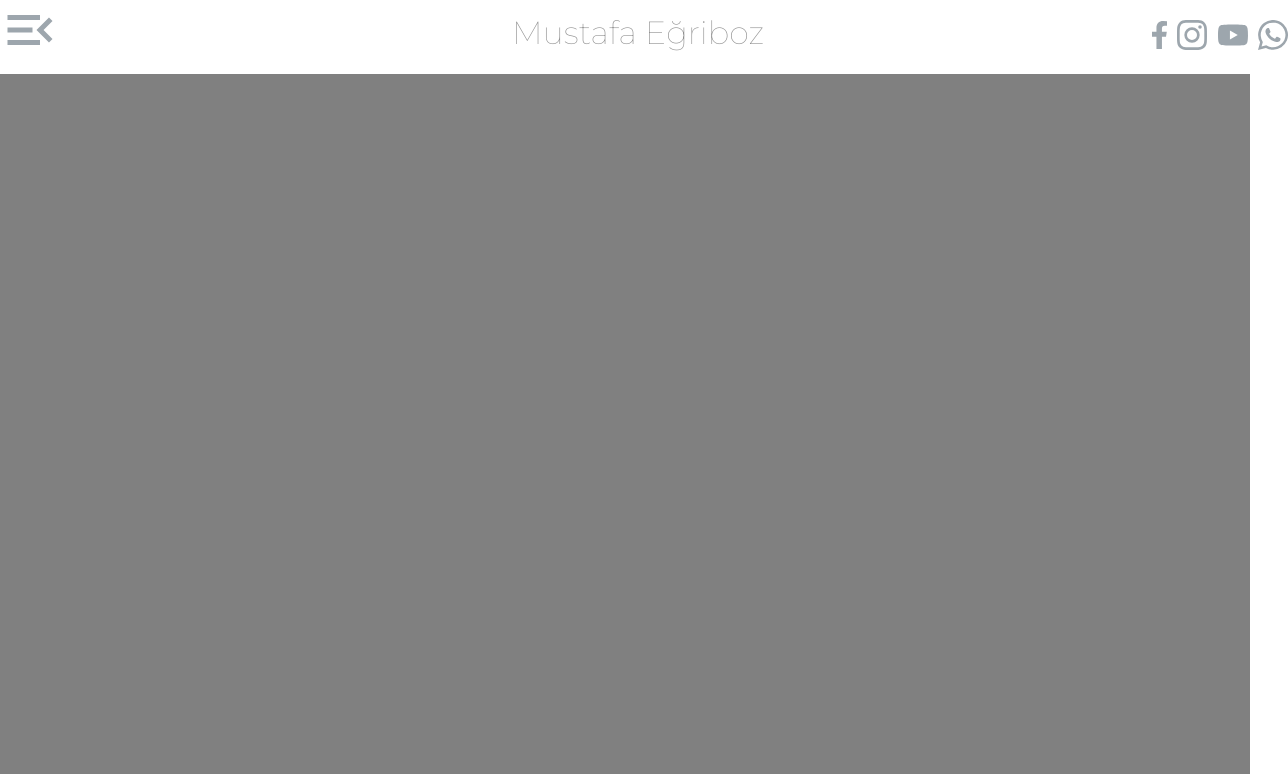
Repository: CengoCengo/m.e-gallery-web-site
Page: index.html
An editor plug-in stored every save of this project. The page is shown before and after the next save, followed by the edit.
The browser window is 1280 px wide. The page is 1288 px wide, so the pictures cover 1288 px, including what lies to the right of the window. The pictures show the whole page.

Above is the page before, as saved 2021-02-06 18:24:57.
Console error: TypeError: Cannot read properties of null (reading 'style')

After the next save:
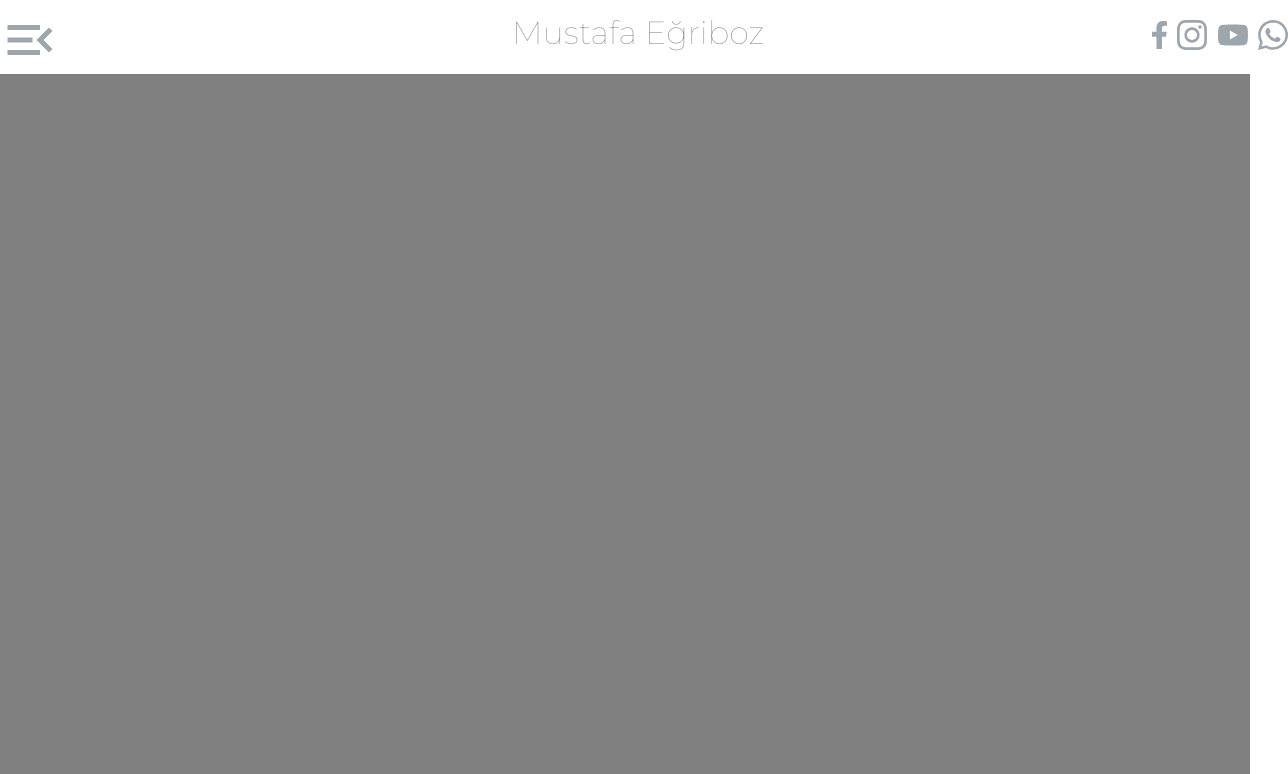
Saved 13 s later.
--- a/styles/style.css
+++ b/styles/style.css
@@ -20,8 +20,7 @@
 #icon-menu{
     display: inline-block;
     width: 60px;
-
-    margin-bottom: 10px;
+    margin-bottom:
 
 
 

After the save that followed:
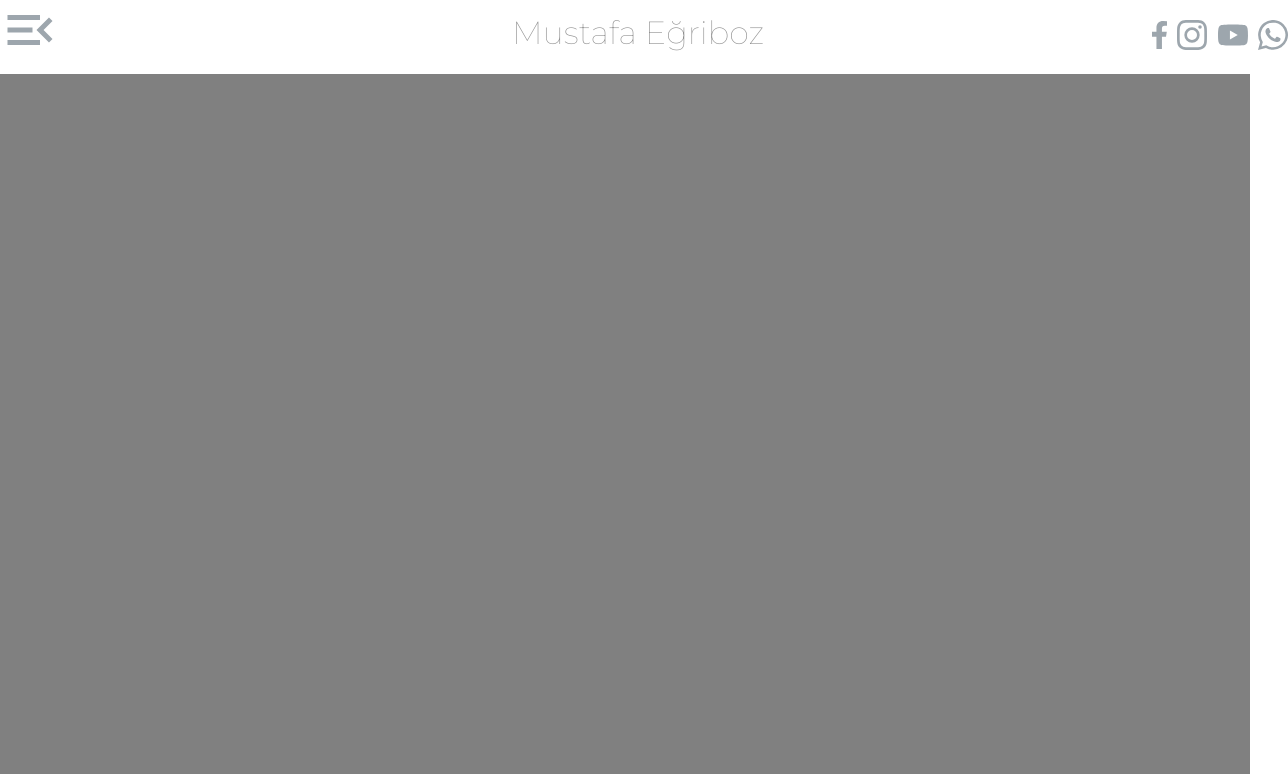
Saved 6 s later.
--- a/styles/style.css
+++ b/styles/style.css
@@ -20,7 +20,7 @@
 #icon-menu{
     display: inline-block;
     width: 60px;
-    margin-bottom:
+    margin-bottom: 10px;
 
 
 
